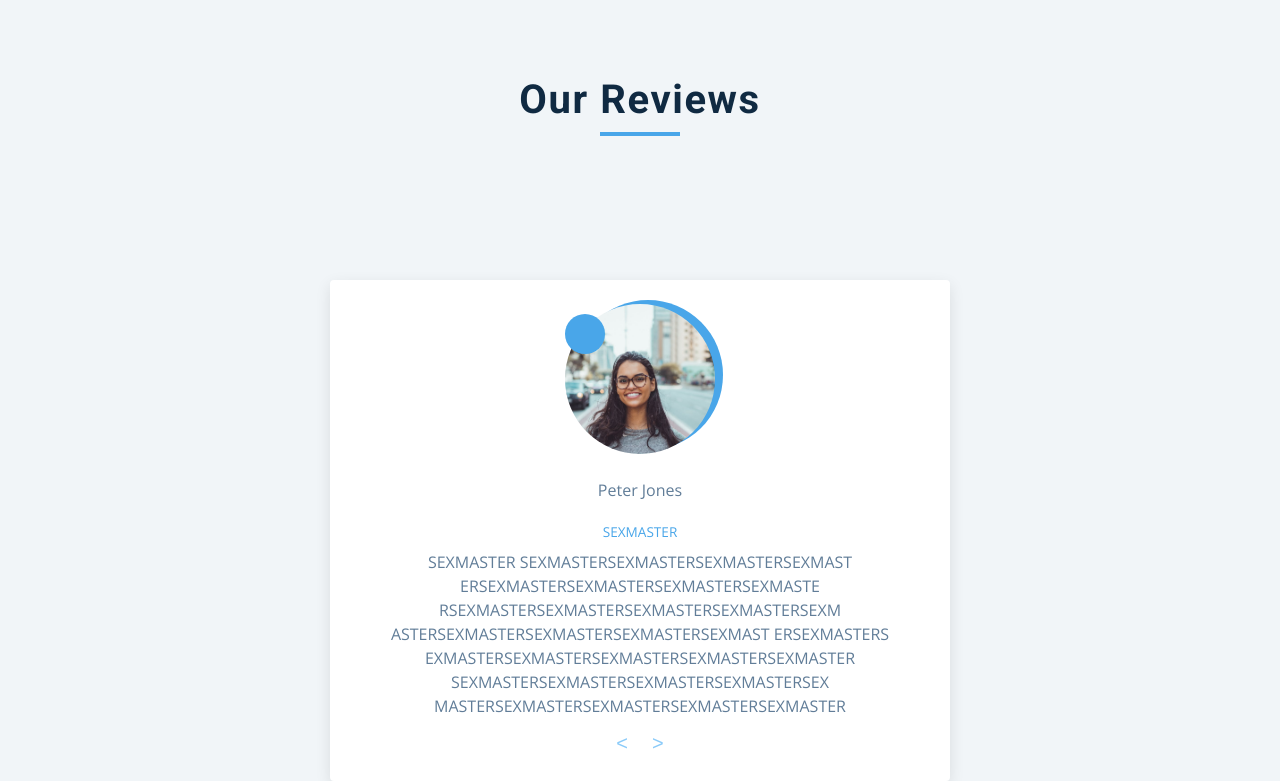
Repository: hseunghwan/practice-vanilla-javascript
Page: Carousel/Carousel.html
An editor plug-in stored every save of this project. The page is shown before and after the next save, followed by the edit.
The browser window is 1280 px wide. The pictures show the whole page.

Above is the page before, as saved 2023-05-10 20:45:06.

After the next save:
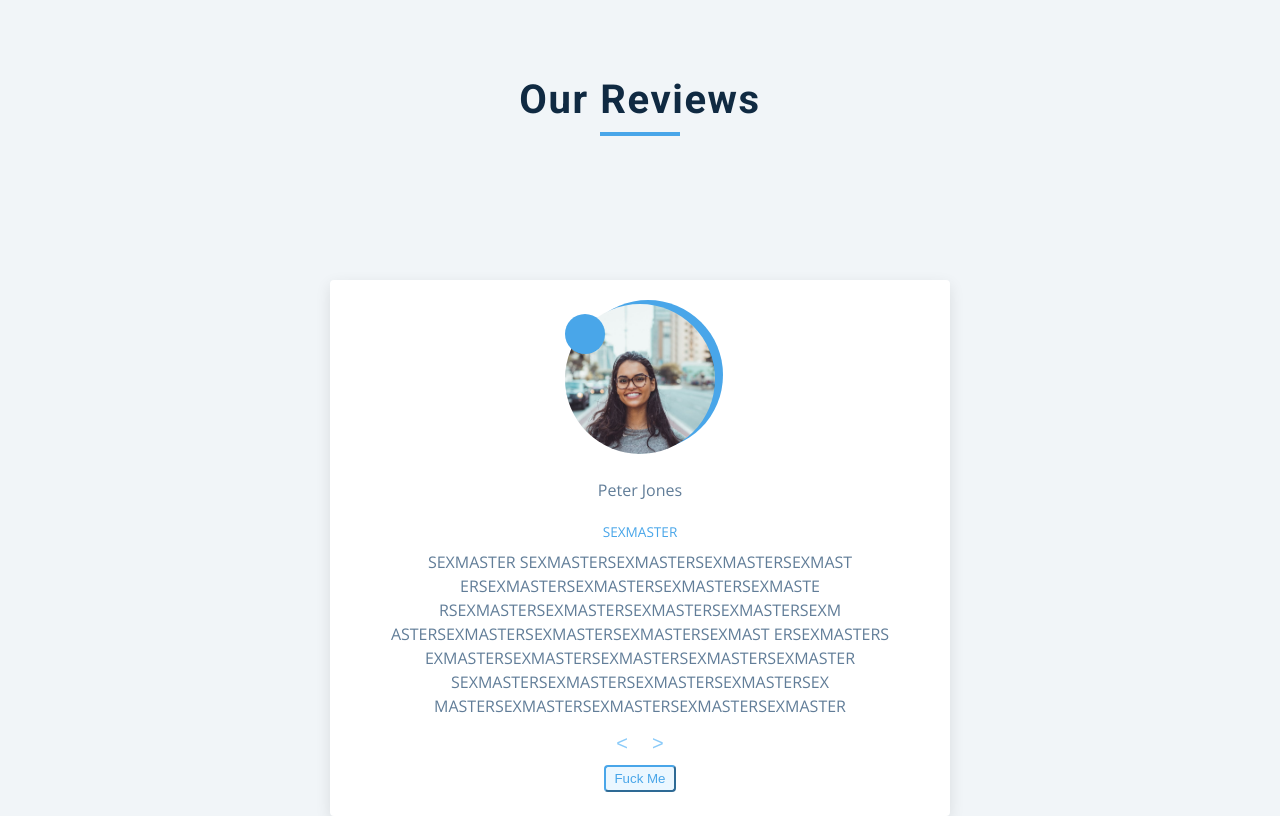
Saved 25 s later.
--- a/Carousel/Carousel.html
+++ b/Carousel/Carousel.html
@@ -29,6 +29,7 @@
                         <button class="prev-btn"><</button>
                         <button class="next-btn">></button>
                     </div>
+                    <button class="random-btn">fuck me</button>
                 </div>
             </div>
         </div>
